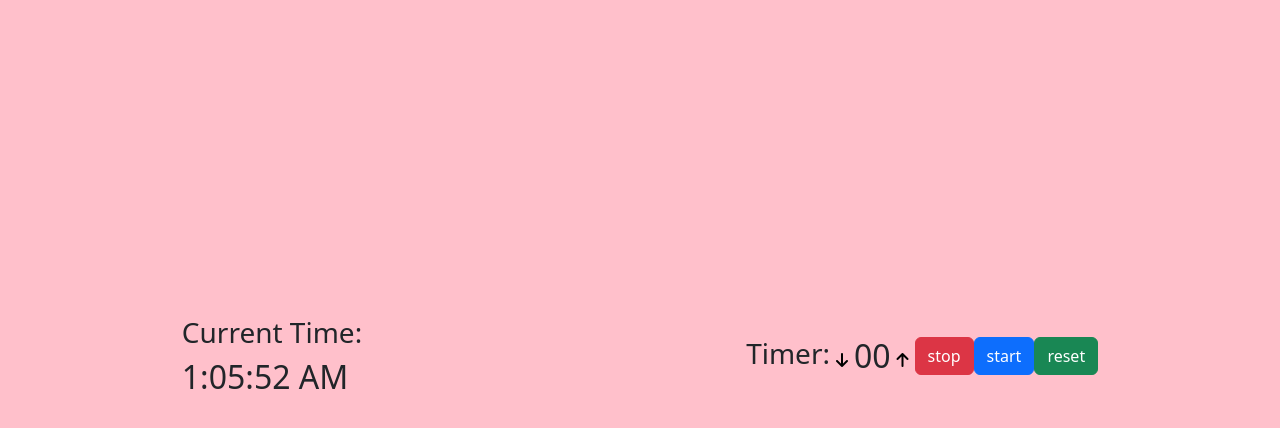
Repository: elqueben/hour-clock
Page: index.html
These files come from the project's save history. The page is drawn as it stood at one moment and after a run of saves; the edit follows.
The browser window is 1280 px wide. The pictures show the whole page.

Above is the page before, as saved 2023-02-22 12:57:45.

### index.html
<!DOCTYPE html>
<html lang="en">
  <head>
    <meta charset="UTF-8">
    <meta name="viewport" content="width=device-width, initial-scale=1.0">
    <link rel="stylesheet" href="https://cdn.jsdelivr.net/npm/bootstrap@5.2.3/dist/css/bootstrap.min.css" integrity="sha384-rbsA2VBKQhggwzxH7pPCaAqO46MgnOM80zW1RWuH61DGLwZJEdK2Kadq2F9CUG65" crossorigin="anonymous">
    <script crossorigin src="https://unpkg.com/react@18/umd/react.development.js"></script>
    <script crossorigin src="https://unpkg.com/react-dom@18/umd/react-dom.development.js"></script>
    <script src="https://unpkg.com/@babel/standalone/babel.min.js"></script>
    <link rel="stylesheet" href="/index.css">
    <title>>:O </title>
    <link rel="stylesheet" href="https://cdnjs.cloudflare.com/ajax/libs/font-awesome/6.2.1/css/all.min.css" integrity="sha512-MV7K8+y+gLIBoVD59lQIYicR65iaqukzvf/nwasF0nqhPay5w/9lJmVM2hMDcnK1OnMGCdVK+iQrJ7lzPJQd1w==" crossorigin="anonymous" referrerpolicy="no-referrer" />
  </head>
  <body>
    <div id="root"></div>
    <script type="text/babel" src="./index.js"></script>
  </body>
</html>

### index.css
#background {
    background-color: pink;
    min-height: 100vh;
    display: flex;
    align-items: center;
    justify-content: center;
}

#hour {
    padding-right: 15%;
}

#timer {
    padding-left: 15%;
    display: flex;
}

button {
    border: none;
    background-color: pink;
    font-weight: bold;
}

### index.js
function Clock() {


    const [time, setTime] = React.useState(new Date().toLocaleTimeString());
    const [second, setSecond] = React.useState(0)
    const [countdown, setCountdown] = React.useState(false)

    let increaseSecond = () => {
        setSecond(second + 1)
    }

    let decreaseSecond = () => {
        if (second > 0) {
            setSecond(second - 1)
        }
    }

    let start = () => {
        if (second > 0) {
            setCountdown(true)
        }
        else {
            setCountdown(false)
        }

    }

    let stop = () => {
        setCountdown(false)
    }

    let reset = () => {
        setSecond(0)
    }


    React.useEffect(() => {
        const interval = setInterval(() => {
            setTime(new Date().toLocaleTimeString());
            if (countdown && second > 0) {
                setSecond(second - 1)
            }
        }, 1000)

        return () => clearInterval(interval)
    });

    return (
        <div id="background">
            <div id="hour">
                <h3>Current Time:</h3>
                <h2>{time}</h2>
            </div>
            <div id="timer">
                <h3>Timer:</h3>
                    <button onClick={decreaseSecond} ><i className="fa-solid fa-arrow-down"></i></button>
                <h2>0{second}</h2>
                    <button onClick={increaseSecond}><i className="fa-solid fa-arrow-up"></i></button>
                <div id="buttons">
                    <button className="btn btn-danger" onClick={stop}>stop</button>
                    <button className="btn btn-primary" onClick={start}>start</button>
                    <button className="btn btn-success" onClick={reset}>reset</button>
                </div>
           </div>
        </div>
    )
}
ReactDOM.render(<Clock />, document.getElementById("root"))

After the next 4 saves:
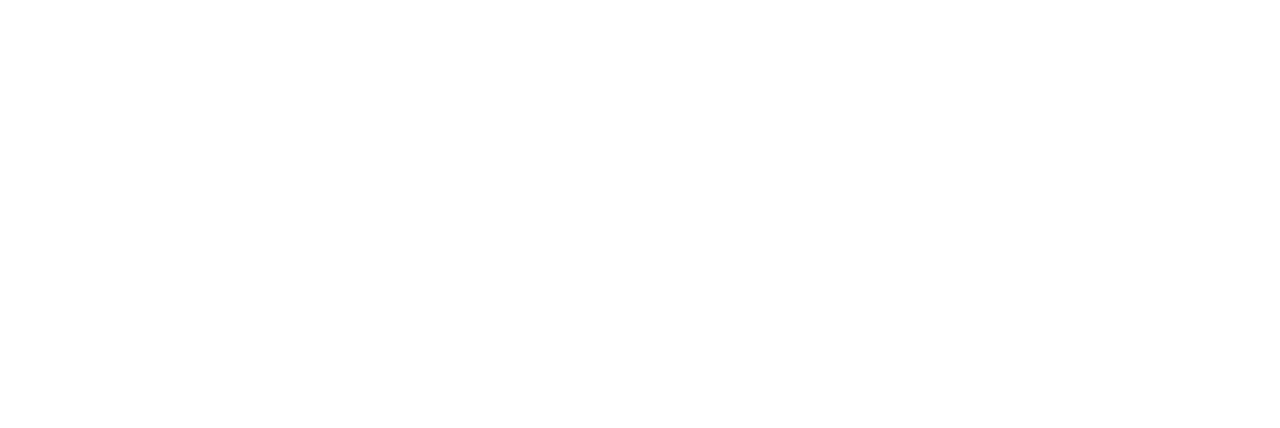
Console error (its wording comes from the project's code and is left out).
The 4 saves are shown as one change because they came seconds apart.
The last was saved 32 s later.
--- a/index.js
+++ b/index.js
@@ -3,6 +3,7 @@
 
     const [time, setTime] = React.useState(new Date().toLocaleTimeString());
     const [second, setSecond] = React.useState(0)
+    const [leadZero, set]
     const [countdown, setCountdown] = React.useState(false)
 
     let increaseSecond = () => {

After the save that followed:
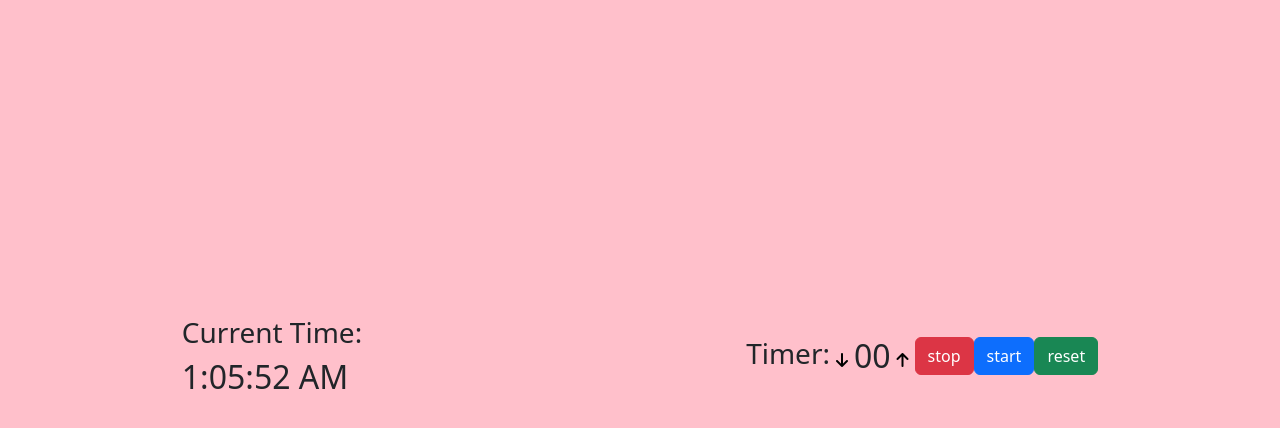
The error is gone.
Saved 13 s later.
--- a/index.js
+++ b/index.js
@@ -3,7 +3,7 @@
 
     const [time, setTime] = React.useState(new Date().toLocaleTimeString());
     const [second, setSecond] = React.useState(0)
-    const [leadZero, set]
+    const [leadZero, setLeadZero] = React.useState("0")
     const [countdown, setCountdown] = React.useState(false)
 
     let increaseSecond = () => {
